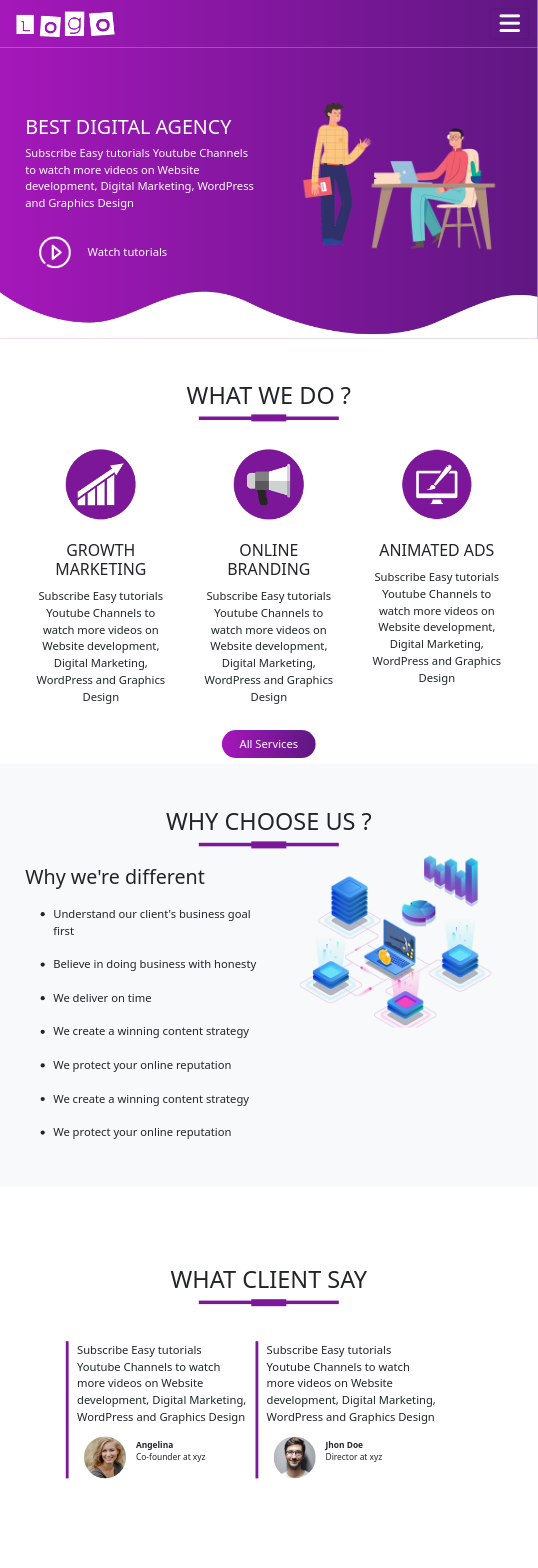
Repository: wadelfadill/Bootstrap_tache_2_website_design
Page: index.html
The author's editor kept a copy of each file at every save. The page is drawn from the files as they stood at one save, then again after the next save.
The browser window is 768 px wide. The pictures show the part of the page from y = 0 to 2240 px (the page is 3012 px tall before and 2961 px after), at 70% of full size.
Some web libraries are served in a nearby version.

Above is the page before, as saved 2023-04-06 15:31:57.

### index.html
<!DOCTYPE html>
<html lang="en">
<head>
    <meta charset="UTF-8">
    <meta http-equiv="X-UA-Compatible" content="IE=edge">
    <meta name="viewport" content="width=device-width, initial-scale=1.0">
    <!-- bootstrap css link -->
    <link href="https://cdn.jsdelivr.net/npm/bootstrap@5.1.3/dist/css/bootstrap.min.css" rel="stylesheet" integrity="sha384-1BmE4kWBq78iYhFldvKuhfTAU6auU8tT94WrHftjDbrCEXSU1oBoqyl2QvZ6jIW3" crossorigin="anonymous">
    <!-- css sheet link -->
    <link rel="stylesheet" href="style.css">
    <!-- fontawsome link -->
    <link rel="stylesheet" href="https://cdn.jsdelivr.net/npm/@fortawesome/fontawesome-free@6.2.1/css/fontawesome.min.css">
    <title>bootstrap_website_design</title>
    <script src="https://kit.fontawesome.com/8f130c8a35.js" crossorigin="anonymous"></script>
</head>
<body>
    <section id="nav-bar" class="sticky-top t-0">
        <nav class="navbar navbar-expand-lg navbar-light p-0">
            <div class="container-fluid">
              <a class="navbar-brand" href="#"><img src="images/demo-logo.png" alt="" class="w-75 h-50 p-2"></a>
              <button class="navbar-toggler" type="button" data-bs-toggle="collapse" data-bs-target="#navbarSupportedContent" aria-controls="navbarSupportedContent" aria-expanded="false" aria-label="Toggle navigation">
                <span><i class="fa-solid fa-bars fs-1" style="color: #ffffff;"></i></span>
              </button>
              <div class="collapse navbar-collapse justify-content-end" id="navbarSupportedContent">
                <ul class="navbar-nav ms-auto mb-2 mb-lg-0 ">
                  <li class="nav-item pt-0 pb-1 fw-bold">
                    <a class="nav-link active text-white float-end text-start" aria-current="page" href="#banner">HOME</a>
                  </li>
                  <li class="nav-item pt-0 pb-1 fw-bold">
                    <a class="nav-link text-white float-end text-start" href="#services">SERVICES</a>
                  </li>
                  <li class="nav-item pt-0 pb-1 fw-bold">
                    <a class="nav-link text-white float-end text-start" href="#about-us">ABOUT US</a>
                  </li>
                  <li class="nav-item pt-0 pb-1 fw-bold">
                    <a class="nav-link text-white float-end text-start" href="#testimonials">TESTIMONIALS</a>
                  </li>
                  <li class="nav-item pt-0 pb-1 fw-bold">
                    <a class="nav-link text-white float-end text-start" href="#footer">CONTACT</a>
                  </li>
                </ul>
              </div>
            </div>
          </nav>
    </section>
     <!--banner section  -->
     <section id="banner" class="text-white pt-5">
      <div class="container">
        <div class="row">
          <div class="col-md-6">
            <p class="h2 mt-5">BEST DIGITAL AGENCY</p>
            <p>
              Subscribe Easy tutorials Youtube Channels to watch more videos on
              Website development, Digital Marketing, WordPress and Graphics Design
            </p>
            <a href="" class="tuto text-white text-decoration-none"><img src="images/play.png" alt="" class="play-btn"> Watch tutorials</a>
          </div>
          <div class="col-md-6 text-center">
            <img src="images/home2.png" alt="" class="img-fluid">
          </div>
        </div>
      </div>
     <img src="images/wave1.png" alt="" class="w-100">
     </section>
     <!-- services section -->
     <section id="services" class="pt-5 pb-0">
        <div class="container text-center">
          <div class="row ">
            <h1 class="title text-center">WHAT WE DO ? </h1>
          </div>

          <div class="row text-center">
            <div class="col-md-4 services">
              <img src="images/service1.png" alt="" class="service-img">
              <h4>Growth Marketing</h4>
              <p>
                Subscribe Easy tutorials Youtube Channels to watch more videos on
                Website development, Digital Marketing, WordPress and Graphics Design
              </p>
            </div>
            <div class="col-md-4 services">
              <img src="images/service2.png" alt="" class="service-img">
              <h4>Online Branding</h4>
              <p>
                Subscribe Easy tutorials Youtube Channels to watch more videos on
                Website development, Digital Marketing, WordPress and Graphics Design
              </p>
            </div>
            <div class="col-md-4 services">
              <img src="images/service3.png" alt="" class="service-img">
              <h4>Animated Ads</h4>
              <p>
                Subscribe Easy tutorials Youtube Channels to watch more videos on
                Website development, Digital Marketing, WordPress and Graphics Design
              </p>
            </div>
          </div>
          <button type="button" class="btn btn-primary mb-2">All Services </button>
        </div>
     </section>
     <!-- about us  -->
     <section id="about-us">
        <div class="container">
          <h1 class="title text-center"> WHY CHOOSE US ?</h1>
          <div class="row">
            <div class="col-md-6">
              <p class="h2 mt-4">Why we're different</p>
              <ul class="ms-2">
                <li class="mt-4 mb-0">Understand our client's business goal first</li>
                <li class="mt-4 mb-0">Believe in doing business with honesty</li>
                <li class="mt-4 mb-0">We deliver on time</li>
                <li class="mt-4 mb-0">We create a winning content strategy</li>
                <li class="mt-4 mb-0">We protect your online reputation</li>
                <li class="mt-4 mb-0">We create a winning content strategy</li>
                <li class="mt-4 mb-0">We protect your online reputation</li>
              </ul>
            </div>
            <div class="col-md-6">
              <img src="images/network.png" alt="" class="img-fluid">
            </div>
          </div>
        </div>
     </section>
     <!-- testimonials section -->
     <section id="testimonials">
      <div class="container">
        <h1 class="title text-center"> WHAT CLIENT SAY</h1>
        <div class="row offset-1">
          <div class="col-md-5 testimonials">
            <p>
              Subscribe Easy tutorials Youtube Channels to watch more videos on
              Website development, Digital Marketing, WordPress and Graphics Design
            </p>
            <img src="images/user1.jpg" alt="">
            <p class="user-details"><b>Angelina</b><br>Co-founder at xyz</p>

          </div>
          <div class="col-md-5 testimonials">
            <p>
              Subscribe Easy tutorials Youtube Channels to watch more videos on
              Website development, Digital Marketing, WordPress and Graphics Design
            </p>
            <img src="images/user2.jpg" alt="">
            <p class="user-details"><b>Jhon Doe</b><br>Director at xyz</p>
          </div>
        </div>
      </div>
     </section>
     <!-- social media section -->
     <section id="social-media">
        <div class="container text-center">
          <p>FIND US ON SOCIAL MEDIA</p>
          <div class="social-icons">
            <a href=""><img src="images/facebook-icon.png" alt=""></a>
            <a href=""><img src="images/instagram-icon.png" alt=""></a>
            <a href=""><img src="images/twitter-icon.png" alt=""></a>
            <a href=""><img src="images/whatsapp-icon.png" alt=""></a>
            <a href=""><img src="images/linkedin-icon.png" alt=""></a>
            <a href=""><img src="images/snapchat-icon.png" alt=""></a>
          </div>

        </div>
     </section>
     <!-- footer section -->
     <section id="footer">
      <img src="images/wave2.png" alt="" class="footer-img">
      <div class="container">
        <div class="row">
          <div class="col-md-4 footer-box">
            <img src="images/demo-logo.png" alt="">
            <p>
              Subscribe Easy tutorials Youtube Channels to watch more videos on
              Website development, Digital Marketing, WordPress and Graphics Design
            </p>

          </div>
          <div class="col-md-4 footer-box">
            <p><b>CONTACT US</b></p>
            <P><i class="fa-solid fa-location-dot" style="color: #ffffff;"></i>World Trade Center, bangalore</P>
            <P><i class="fa-solid fa-phone" style="color: #ffffff;"></i>+1 0123456789</P>
            <P><i class="fa-solid fa-envelope" style="color: #ffffff;"></i>xyz@gmail.com</P>
          </div>
          <div class="col-md-4 footer-box">
            <p><b> SUBSCRIBE NEWSLETTER</b></p>
            <input type="mail" name="" id="" class="form-control" placeholder="Your Email">
            <button type="button" class="btn btn-primary">Subscribe</button>
          </div>
        </div>
        <hr>
        <p class="copyright">Website certified by EL_FADILL</p>
      </div>
     </section>


     <!-- smooth scroll -->
     <script src="https://cdn.jsdelivr.net/gh/cferdinandi/smooth-scroll/dist/smooth-scroll.polyfills.min.js">
        var scroll = new SmoothScroll('a[href*="#"]');
     </script>

        <!-- bootstrap js link -->
    <script src="https://cdn.jsdelivr.net/npm/bootstrap@5.1.3/dist/js/bootstrap.bundle.min.js" integrity="sha384-ka7Sk0Gln4gmtz2MlQnikT1wXgYsOg+OMhuP+IlRH9sENBO0LRn5q+8nbTov4+1p" crossorigin="anonymous"></script>
</body>
</html>

### style.css
*{
    margin: 0;
    padding: 0;
}
.navbar{
    background-image: linear-gradient(to right, #a517ba, #5f1782);
}
.navbar-toggler{
    outline: none !important;
}
/* Banner section */
#banner{
    background-image: linear-gradient(to right, #a517ba, #5f1782);


}
.play-btn{
    width: 45px;
    margin: 20px;
}
.service-img{
    width: 100px;
    margin-top: 20px;
}
.services{
    padding: 20px;
}
.services h4{
    padding: 5px;
    margin-top: 25px;
    text-transform: uppercase;
}
.title::before{
    content:'';
    background: #7b1798;
    height: 5px;
    width: 200px;
    margin-left: auto;
    margin-right: auto;
    display: block;
    transform: translateY(63px);
}
.title::after{
    content:'';
    background: #7b1798;
    height: 10px;
    width: 50px;
    margin-top: 0;
    margin-left: auto;
    margin-right: auto;
    display: block;
    transform: translateY(8px);
}
#services .btn-primary{
    box-shadow: none;
    padding: 8px 25px;
    border-radius: 20px;
    background-image: linear-gradient(to right, #a517ba, #5f1782);
    outline: none;
    border: none;

}
#about-us{
    background: #f8f9fa;
    padding-bottom: 50px;
    padding-top: 50px;
}
/* testimonials section */
#testimonials{
    margin: 100px 0;

}
.testimonials{
    border-left: 4px solid #7b1798;
    margin-top: 50px;
    margin-bottom: 50px;
}
.testimonials img{
    height: 60px;
    width: 60px;
    border-radius: 50%;
    margin: 0 10px;
}
.user-details{
    display: inline-block;
    font-size: 12px;
}
/* social media secion */
#social-media{
    background: #f8f9fa;
    padding: 100px 0;
}
#social-media p{
    font-size: 36px;
    font-weight: 600;
    margin-bottom: 30px;

}
.social-icons img{
    width: 60px;
    transition: 0.5s;
}
.social-icons a:hover img{
    transform: translateY(-10px);
}
/* footer section */
#footer{
    background-image: linear-gradient(to right, #a517ba, #5f1782);
}
.footer-img{
    width: 100%;
}
.footer-box{
    padding: 20px;

}
.footer-box img{
    width: 120px;
    margin-bottom: 20px;
}
.footer-box .fa-solid{
    margin-right: 8px;
    font-size: 25px;
    width: 40px;
    text-align: center;
    padding-top: 7px;
    border-radius: 2px;
    background-image: linear-gradient(to right, #a517ba, #5f1782);
}
.footer-box .form-control{
    box-shadow: none;
    border: none;
    border-radius: 0;
    margin-top: 25px;
    max-width: 250px;
}
.footer-box .btn-primary{
    box-shadow: none;
    border: none;
    border-radius: 0;
    margin-top: 30px;
    background-image: linear-gradient(to right, #a517ba, #5f1782);

}
hr{
    background-color: #ffff;

}
.copyright{
    margin-bottom: 0;
    padding-bottom: 0;
    text-align: center;
}
@media screen and (max-width:768px){
    .title::before{
        margin-bottom: 7px;
    }
}

After the next save:
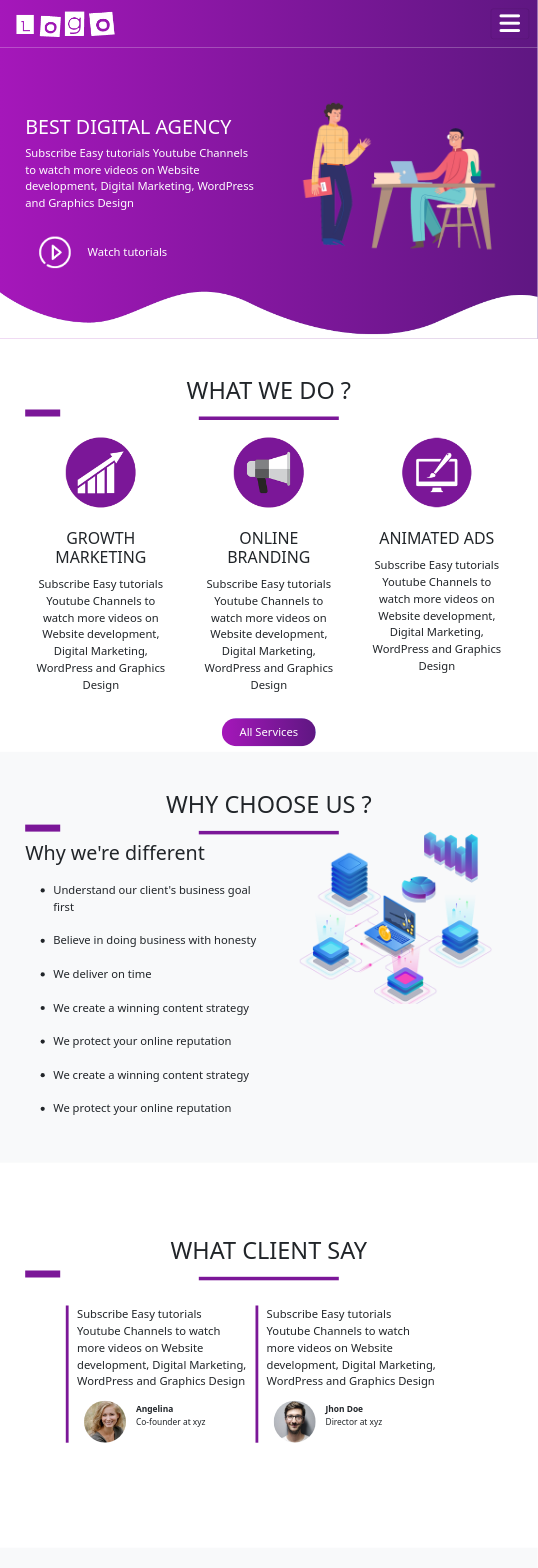
Saved 3 min 45 s later.
--- a/style.css
+++ b/style.css
@@ -41,6 +41,7 @@
     transform: translateY(63px);
 }
 .title::after{
+    position: absolute;
     content:'';
     background: #7b1798;
     height: 10px;
@@ -151,8 +152,8 @@ hr{
     padding-bottom: 0;
     text-align: center;
 }
-@media screen and (max-width:768px){
+/* @media screen and (max-width:768px){
     .title::before{
         margin-bottom: 7px;
     }
-}
+} */
